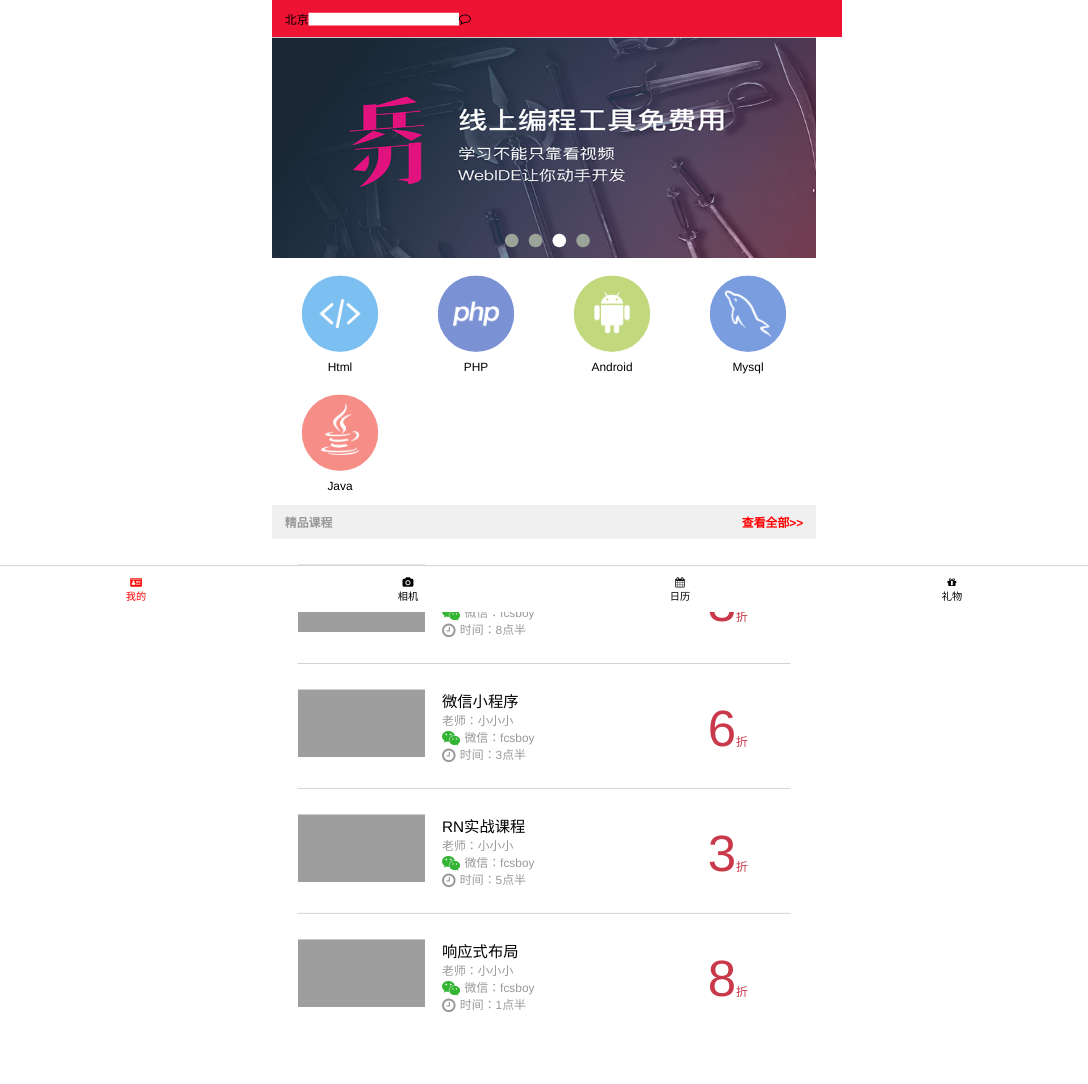
Repository: zhenzhen-gong/flextContent
Page: index.html
These files come from the project's save history. The page is drawn as it stood at one moment and after the next save; the edit follows.
The browser window is 1280 px wide. The pictures show the whole page, at 85% of full size.
Pictures or frames that could not be fetched are drawn as grey boxes.

Above is the page before, as saved 2020-06-19 11:24:10.

### index.html
<!DOCTYPE html>
<html lang="en">

<head>
    <meta charset="UTF-8">
    <meta name="viewport" content="width=device-width, initial-scale=1.0">
    <title>移动端响应式小项目</title>
    <link rel="stylesheet" href="css/style.css">
    <link rel="stylesheet" href="css/font-awesome/css/font-awesome.min.css">
    <script src="http://cdn.bootcss.com/jquery/1.12.4/jquery.js"></script>
    <script src="script.js"></script>
</head>

<body>
    <div class="Tbox">
        <div class="fixed"> <!-- 为了解决display：flex与position：fixed的冲突，增加外层盒子 -->
            <header>
            <a href="#" class="left-address">北京</a>
            <input class="middle-form" name="search">
            <a href="#" class="right-message">
                <i class="fa fa-comment-o"></i>
            </a>
        </header>
    </div>
        <section>
            <div class="imgholder">
                <div class="imgBox" id="imgBox">
                    <div class="imgcontent active"><img src="img/banner1.jpg" alt="图片加载失败"></div>
                    <div class="imgcontent"><img src="img/banner2.jpg" alt="图片加载失败"></div>
                    <div class="imgcontent"><img src="img/banner3.jpg" alt="图片加载失败"></div>
                    <div class="imgcontent"><img src="img/banner4.jpg" alt="图片加载失败"></div>
                </div>
                <div class="imgCircle" id="imgCircle">
                    <span class="active"></span>
                    <span></span>
                    <span></span>
                    <span></span>
                </div>
            </div>
            <div class="content">
                <div>
                    <img src="img/1.png" alt="">
                    <span>Html</span>
                </div>
                <div>
                    <img src="img/2.png" alt="">
                    <span>PHP</span>
                </div>
                <div>
                    <img src="img/3.png" alt="">
                    <span>Android</span>
                </div>
                <div>
                    <img src="img/4.png" alt="">
                    <span>Mysql</span>
                </div>
                <div>
                    <img src="img/5.png" alt="">
                    <span>Java</span>
                </div>
            </div>
            <div class="nav">
                <span>精品课程</span>
                <span>查看全部>></span>
            </div>
            <div class="items">
                <div class="item">
                    <div class="item_left">
                        <img src="http://szimg.mukewang.com/5806de7c00014a3105400300-360-202.jpg" alt="">
                    </div>
                    <div class="item_center">
                        <p>jQuery实战课程</p>
                        <p>老师：小小小</p>
                        <p><i class="fa fa-weixin fa-lg"></i>微信：fcsboy</p>
                        <p><i class="fa fa-clock-o fa-lg"></i>时间：8点半</p>
                    </div>
                    <div class="item_right">
                        <span>3</span><em>折</em>
                    </div>
                </div>
                <div class="item">
                    <div class="item_left">
                        <img src="http://szimg.mukewang.com/583e42fb0001e04f05400300-360-202.jpg" alt="">
                    </div>
                    <div class="item_center">
                        <p>微信小程序</p>
                        <p>老师：小小小</p>
                        <p><i class="fa fa-weixin fa-lg"></i>微信：fcsboy</p>
                        <p><i class="fa fa-clock-o fa-lg"></i>时间：3点半</p>
                    </div>
                    <div class="item_right">
                        <span>6</span><em>折</em>
                    </div>
                </div>
                <div class="item">
                    <div class="item_left">
                        <img src="http://szimg.mukewang.com/57ec8a820001c60b05400300-360-202.jpg" alt="">
                    </div>
                    <div class="item_center">
                        <p>RN实战课程</p>
                        <p>老师：小小小</p>
                        <p><i class="fa fa-weixin fa-lg"></i>微信：fcsboy</p>
                        <p><i class="fa fa-clock-o fa-lg"></i>时间：5点半</p>
                    </div>
                    <div class="item_right">
                        <span>3</span><em>折</em>
                    </div>
                </div>
                <div class="item">
                    <div class="item_left">
                        <img src="http://szimg.mukewang.com/576b84c10001b1c005400300-360-202.jpg" alt="">
                    </div>
                    <div class="item_center">
                        <p>响应式布局</p>
                        <p>老师：小小小</p>
                        <p><i class="fa fa-weixin fa-lg"></i>微信：fcsboy</p>
                        <p><i class="fa fa-clock-o fa-lg"></i>时间：1点半</p>
                    </div>
                    <div class="item_right">
                        <span>8</span><em>折</em>
                    </div>
                </div>
            </div>
        </section>
    </div>
    <footer>
        <div class="active">
            <a href="#" class="active">
                <i class="fa fa-id-card"></i>
            </a>
            我的
        </div>
        <div>
            <a href="#">
                <i class="fa fa-camera"></i>
            </a>
            相机
        </div>
        <div>
            <a href="#">
                <i class="fa fa-calendar"></i>
            </a>
            日历
        </div>
        <div>
            <a href="#">
                <i class="fa fa-gift"></i>
            </a>
            礼物
        </div>
    </footer>
</body>

</html>

### css/style.css
/* css初始化 */
*{
    margin: 0;
    padding: 0;
    border: none;
}
body{
    font-size: 14px;
    font-family: 'Franklin Gothic Medium', 'Arial Narrow', Arial, sans-serif;
}
a{
    text-decoration: none;
    color: black;
}
/* 正文部分 */
.Tbox{
    width: 640px;
    position: absolute;
    left: 0;
    right: 0;
    margin: 0 auto;
}
.fixed{
    position: fixed;
    width: 640px;
}
/* 头部导航 */
.fixed>header{
   height: 44px;
   width: 100%;
   padding: 0 15px;
   background: #ef1333;
   display: flex;
   align-items: center;
}
.Tbox>header>a.left-address{
    margin-right: 15px;
    color: #ffffff;
}
.Tbox>header>input.middle-form{
   flex: 1;
   box-sizing: border-box;
   height: 28px;
   border-radius: 8px;
   border: none;
}
.Tbox>header>a.right-message{
    margin-left: 15px;
    color: #ffffff;
}
/* 图片轮播 */
section>div.imgholder{
    margin-top: 44px;
    height: 260px;
    width: 100%;
    position: relative;
    overflow: hidden;
}
section>div.imgholder>div.imgBox{
    height: 100%;
    width: 100%;
}
section>div.imgholder>div.imgBox>div.imgcontent{
    position: absolute;
    height: 100%;
    width: 100%;
    overflow: hidden;
    display: none;
}
section>div.imgholder>div.imgBox>div.active{
    display: block;
}
section>div.imgholder>div.imgBox>div.imgcontent>img{
    width: 100%;
    height: 100%;
}
/* 控制图片切换的圆点 */
section>div.imgholder>div.imgCircle{
    position: absolute;
    bottom: 10px;
    width: 100%;
    text-align: center;
}
section>div.imgholder>div.imgCircle>span{
    display: inline-block;
    height: 16px;
    width: 16px;
    border-radius: 50%;
    background: #9aa499;
    cursor: pointer;
    margin-left: 8px;
}
section>div.imgholder>div.imgCircle>span.active{
    background: #ffffff;
}
/* 正文内容菜单部分 */
section>div.content{
    display: flex;
    flex-wrap: wrap;
    padding-top: 10px;
    background: #ffffff;
}
section>div.content>div{
    width: 25%;
    height: 120px;
    text-align: center;
    margin: 10px 0;
}
section>div.content>div>span{
    display: block;
    margin-top: 7px;
}
section>div.content>div>img{
    border-radius: 50%;
}

/* 精品课程的导航条 */
section>div.nav{
    height: 40px;
    background: #f0f0f0;
    display: flex;
    justify-content: space-between;
    align-items: center;
    padding: 0 15px;
}
section>div.nav>span:nth-child(1){
    color: #999;
    font-weight: bold;
}
section>div.nav>span:nth-child(2){
    color: red;
    font-weight: bold;
}

/* 正文内容 */
section>div.items{
    background: #ffffff;
    padding: 0 30px;
    margin-bottom: 54px;
}
section>div.items>div.item{
    position: relative;
    display: flex;
    padding: 30px 0;
    border-bottom: 1px solid #cccccc;
}
section>div.items>div.item:last-child{
    border: none;
}
section>div.items>div.item>div.item_left>img{
    width: 150px;
    height: 80px;
}
section>div.items>div.item>div.item_center{
   padding-left: 20px;
}
.item_center p:nth-child(1){
	font-size: 18px;
}
.item_center p:nth-child(2){
	color: #999;
}
.item_center p:nth-child(3){
	color: #999;
}
.item_center p:nth-child(3) i{
	color: #33b433;
	margin-right: 5px;
}
.item_center p:nth-child(4) i{
	margin-right: 5px;
}
.item_center p:nth-child(4){
	color: #999;
}
.item_center p:nth-child(5){
	color: #999;
}
.item_right{
	position: absolute;
    right: 50px;
    bottom: 35px;
	color:#c9394a;
}
.item_right span{
	font-size: 60px;
}
.item_right em{
    font-size: 14px;
	font-style: normal;
}

/* 页脚部分 */
footer{
    position: fixed;
    bottom: 0;
    height: 54px;
    width: 100%;
    font-size: 12px;
    display: flex;
    align-items: center;
    text-align: center;
    background: #ffffff;;
    border-top: 1px solid #cccccc;
}
footer>div{
    flex: 1;
}
footer>div.active{
    color: red;
}
footer>div>a{
    display: block;
}
footer>div>a.active{
    color: red;
}

### script.js
$(document).ready(function(){
    var index = 0,
        timer = null,
        imgs = $("#imgBox").children("div"),
        circles = $("#imgCircle").children("span")
        console.log(circles);

    function imgslider () {
        //当鼠标在图片上时，停止轮播
        $("#imgBox").mouseover(function(){
            if(timer) clearInterval(timer)
        })
        //当鼠标移出图片时，图片继续轮播
        $("#imgBox").mouseout(function(){
            // 图片自动轮播
        timer = setInterval(function(){
            index++;
            if(index>=imgs.length){
                index = 0
            }
            changeImg()
        },2000)
        });
        //一开始就执行mouseout，图片轮播
        $("#imgBox").mouseout()

        // 点击圆点切换图片
        // 1、找到所有圆点  并为每个圆点绑定click事件
        for(let i = 0;i<circles.length;i++){
            circles[i].id = i;
            circles[i].onclick = function(){
                index = i;
                changeImg()
                if(timer) clearInterval(timer)
            }
        }

    }





    function changeImg() {
       // 当前图片的display属性为block，其他为none；
       for(let i = 0;i<imgs.length;i++){
           imgs[i].style.display = "none"
           circles[i].className = " "
       }
       imgs[index].style.display = "block"
       circles[index].className = "active "
    }
    imgslider()
})

Loaded but not shown: css/font-awesome/css/font-awesome.min.css (library)

After the next save:
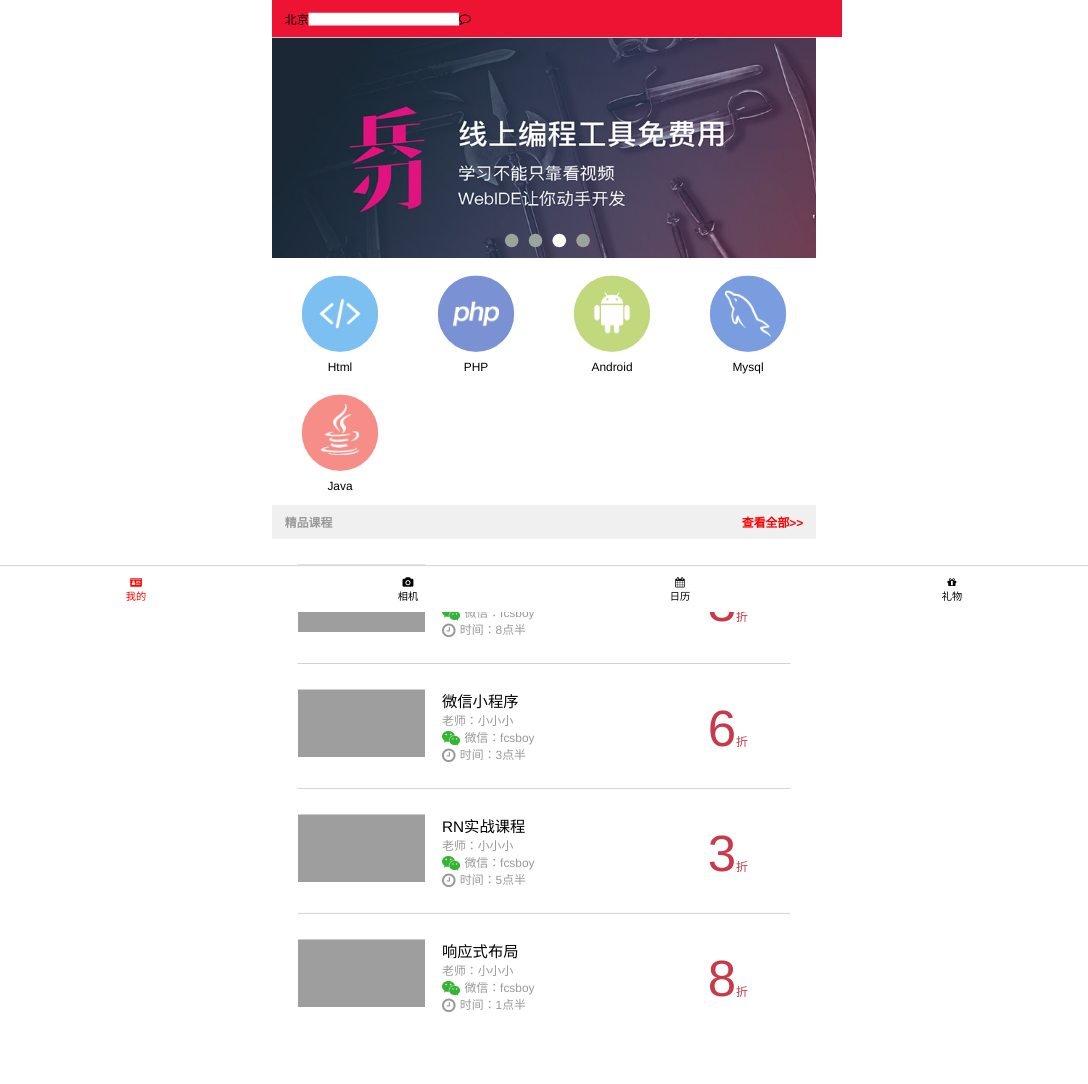
Saved 88 s later.
--- a/css/style.css
+++ b/css/style.css
@@ -50,7 +50,7 @@
 }
 /* 图片轮播 */
 section>div.imgholder{
-    margin-top: 44px;
+    padding-top: 44px;
     height: 260px;
     width: 100%;
     position: relative;
